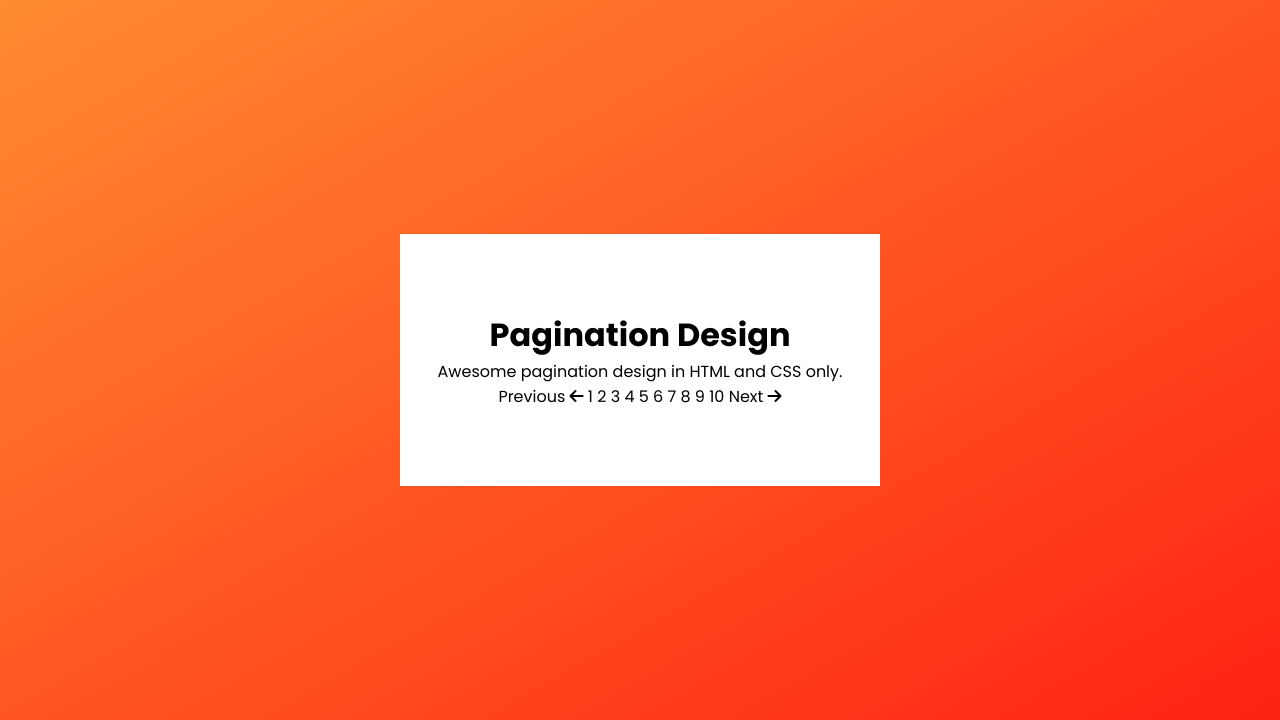
Repository: Ankitkr2021/Awesome-Pagination
Page: index.html
The author's editor kept a copy of each file at every save. The page is drawn from the files as they stood at one save, then again after the next save.
The browser window is 1280 px wide. The pictures show the whole page.

Above is the page before, as saved 2025-10-02 08:57:46.

### index.html
<!DOCTYPE html>
<html lang="en">
<head>
    <meta charset="UTF-8">
    <meta name="viewport" content="width=device-width, initial-scale=1.0">
    <title>Document</title>
    <link rel="stylesheet" href="https://cdnjs.cloudflare.com/ajax/libs/font-awesome/6.5.0/css/all.min.css">
    <link rel="stylesheet" href="./style.css">
</head>
<body>
    <div class="page">
        <h1>Pagination Design</h1>
        <p>Awesome pagination design in HTML and CSS only.</p>
        <div class="box">
            Previous <i class="fas fa-arrow-left"></i>
            1
            2
            3
            4
            5
            6
            7
            8
            9
            10
            Next <i class="fas fa-arrow-right"></i>
        </div>
    </div>
</body>
</html>

### style.css
@import url("https://fonts.googleapis.com/css2?family=Poppins:wght@300;400;500;600;700&display=swap");

*{
    margin: 0;
    padding: 0;
    box-sizing: border-box;
    font-family: "Poppins",sans-serif;
}

body{
    display: flex;
   justify-content: center;
   align-items: center;
    height: 100vh;
    width: 100%;
    background: linear-gradient(to bottom right, rgb(255, 139, 50), rgb(255, 34, 18));
}

.page{
   display: flex;
   justify-content: center;
   align-items: center;
   flex-direction: column;
   background: #fff;
   width: 480px;
   height: 252px;
}

After the next save:
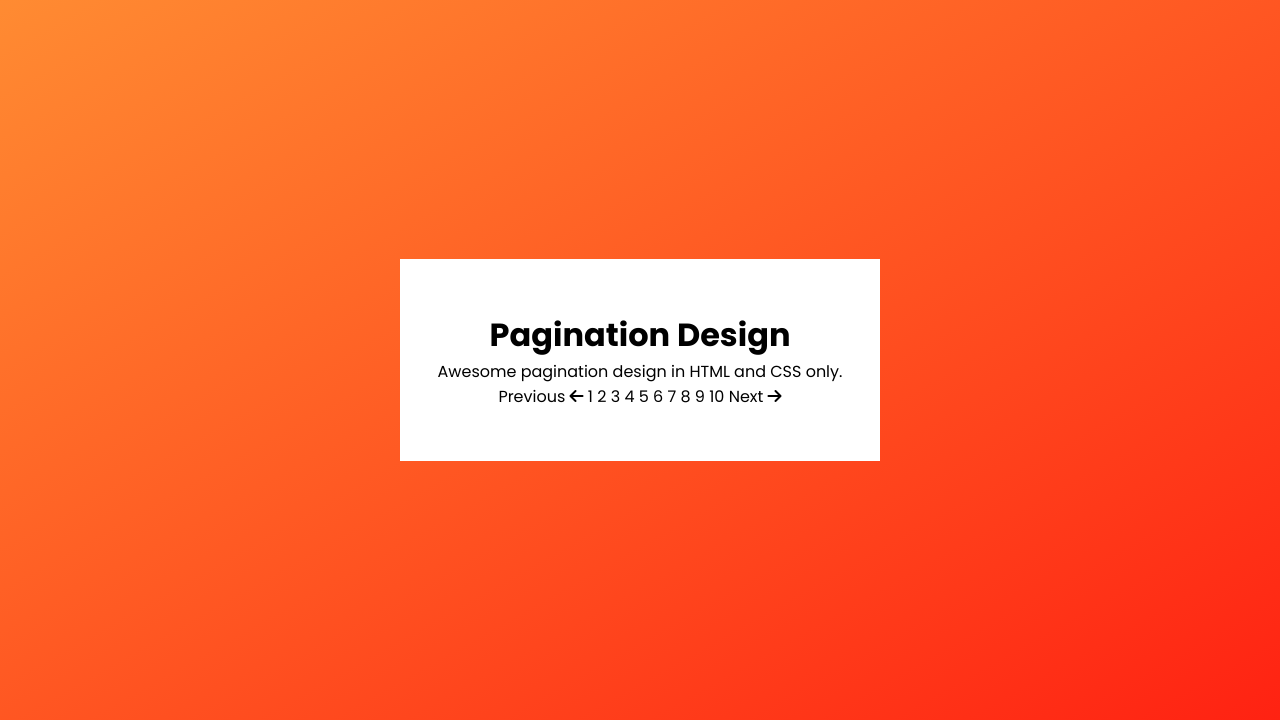
Saved 8 s later.
--- a/style.css
+++ b/style.css
@@ -23,5 +23,5 @@ body{
    flex-direction: column;
    background: #fff;
    width: 480px;
-   height: 252px;
+   height: 202px;
 }
